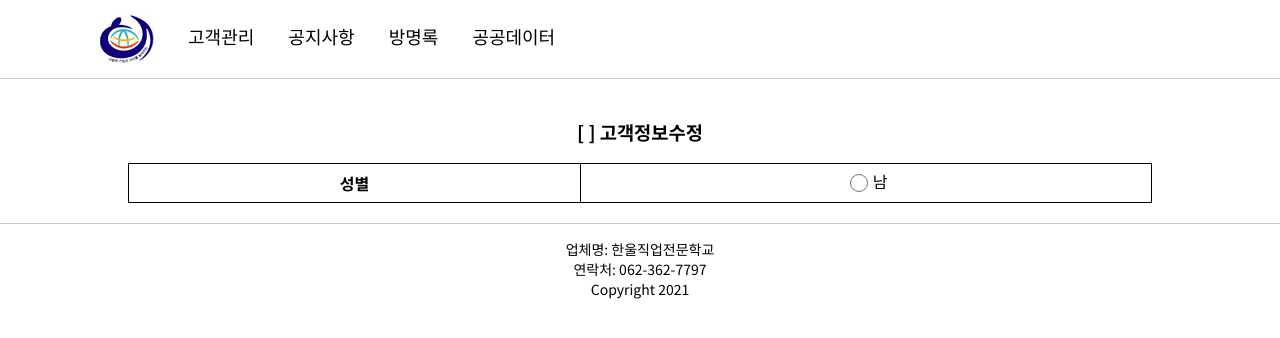
Repository: JSY93/spring-web
Page: http://localhost/iot/WEB-INF/views/customer/modify.jsp
An editor plug-in stored every save of this project. The page is shown before and after the next save, followed by the edit.
The browser window is 1280 px wide. The pictures show the whole page.
The page is served by Tomcat 9. Nobody is signed in. The template is opened directly, without the code that normally fills it, so the values that code supplies are empty.

Above is the page before, as saved 2021-01-12 06:46:03.

After the next save:
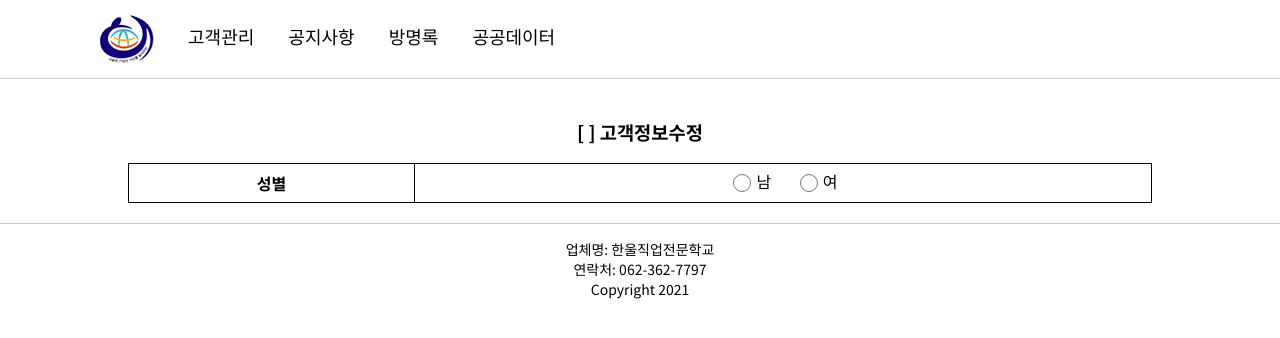
Saved 24 s later.
--- a/Study_Spring/iot/src/main/webapp/WEB-INF/views/customer/modify.jsp
+++ b/Study_Spring/iot/src/main/webapp/WEB-INF/views/customer/modify.jsp
@@ -12,6 +12,7 @@
 <table>
 <tr><th>성별</th>
 	<td><label><input type='radio' name='gender' value='남' />남</label>
+	<label><input type='radio' name='gender' value='여' />여</label>
 
 	</td>
 </tr>
